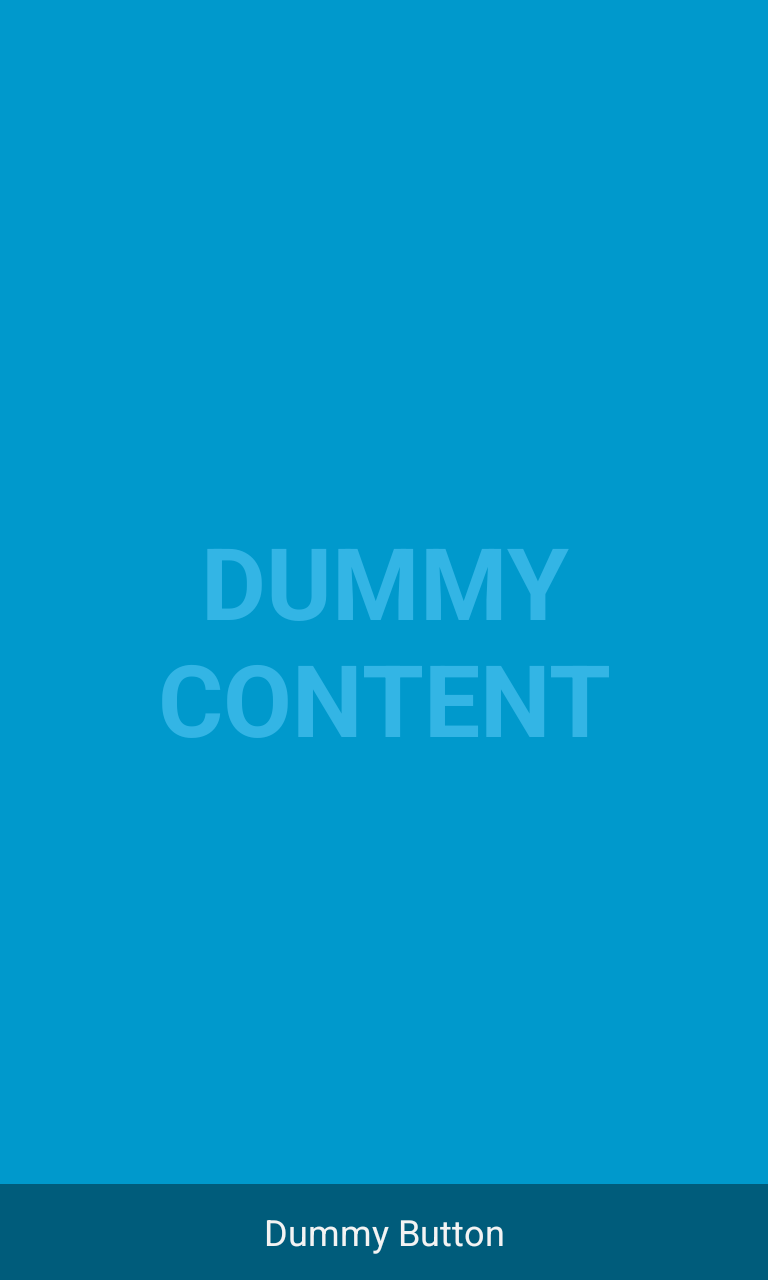
Repository: mdelbo/appcenter
Layout: WayBackHome/res/layout/activity_map.xml
These files come from the project's save history. The layout is drawn as it stood at one moment and after the next save; the edit follows.
Pictures or frames that could not be fetched are drawn as grey boxes. It is drawn on a 768 x 1280 px phone screen (xhdpi) without system bars, with theme FullscreenTheme; the app's code is not run.

Above is the layout before, as saved 2014-05-20 11:15:27.

After the next save:
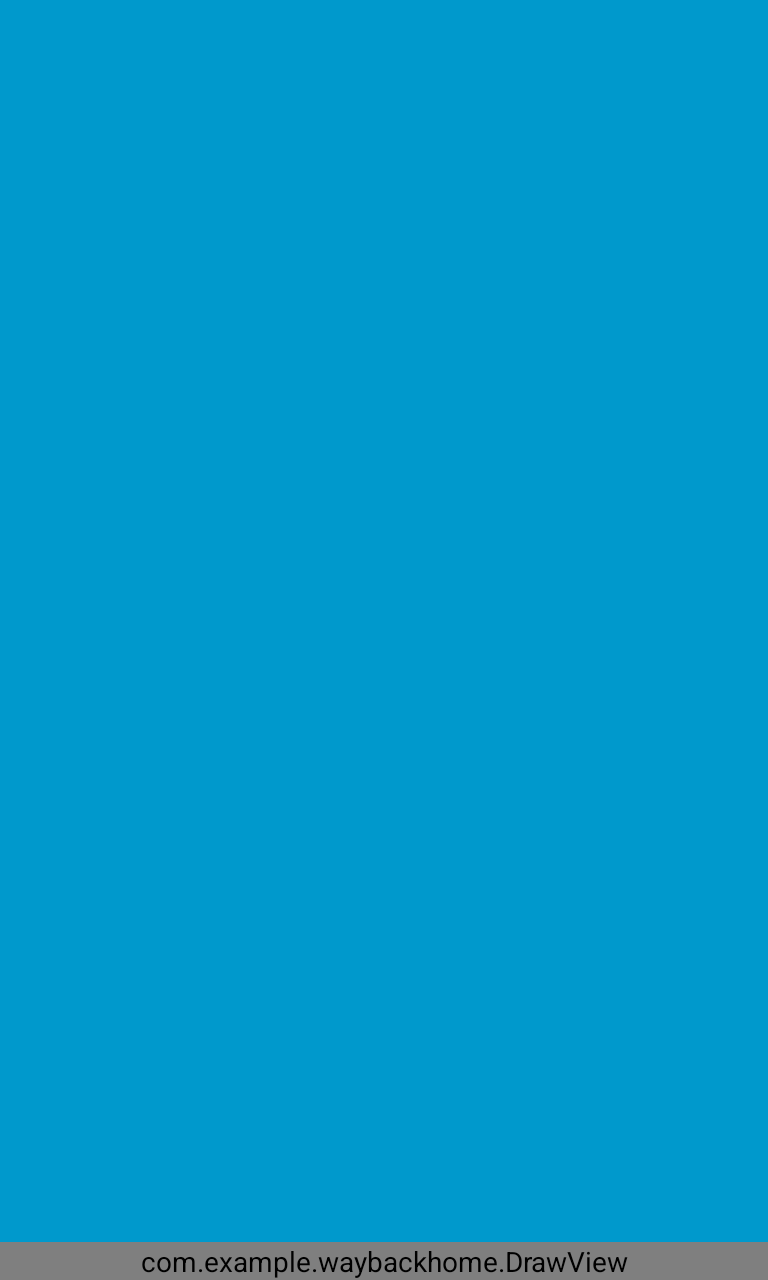
Saved 104 s later.
--- a/WayBackHome/res/layout/activity_map.xml
+++ b/WayBackHome/res/layout/activity_map.xml
@@ -5,27 +5,6 @@
     android:background="#0099cc"
     tools:context="com.example.waybackhome.MapActivity" >
 
-    <!--
-         The primary full-screen view. This can be replaced with whatever view
-         is needed to present your content, e.g. VideoView, SurfaceView,
-         TextureView, etc.
-    -->
-
-    <TextView
-        android:id="@+id/fullscreen_content"
-        android:layout_width="match_parent"
-        android:layout_height="match_parent"
-        android:gravity="center"
-        android:keepScreenOn="true"
-        android:text="@string/dummy_content"
-        android:textColor="#33b5e5"
-        android:textSize="50sp"
-        android:textStyle="bold" />
-
-    <!--
-         This FrameLayout insets its children based on system windows using
-         android:fitsSystemWindows.
-    -->
 
     <FrameLayout
         android:layout_width="match_parent"
@@ -42,13 +21,10 @@
             android:orientation="horizontal"
             tools:ignore="UselessParent" >
 
-            <Button
-                android:id="@+id/dummy_button"
-                style="?metaButtonBarButtonStyle"
-                android:layout_width="0dp"
-                android:layout_height="wrap_content"
-                android:layout_weight="1"
-                android:text="@string/dummy_button" />
+            <com.example.waybackhome.DrawView
+				android:layout_width="match_parent"
+				android:layout_height="match_parent"
+ 			/>
         </LinearLayout>
     </FrameLayout>
 
